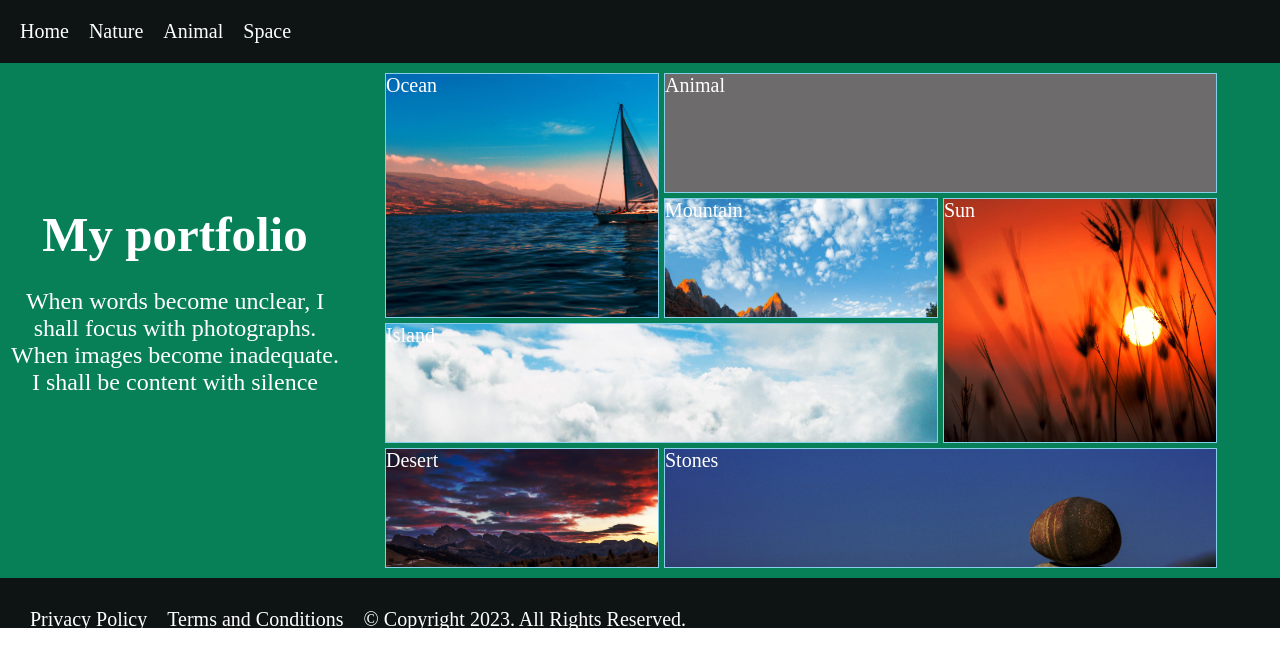
Repository: suraj-yadav7/03_Gallery_Portfolio
Page: index.html
These files come from the project's save history. The page is drawn as it stood at one moment and after the next save; the edit follows.
The browser window is 1280 px wide. The pictures show the whole page.
Pictures or frames that could not be fetched are drawn as grey boxes. Some web fonts or font styles are not loaded; a fallback is used.

Above is the page before, as saved 2023-02-14 21:25:13.

After the next save:
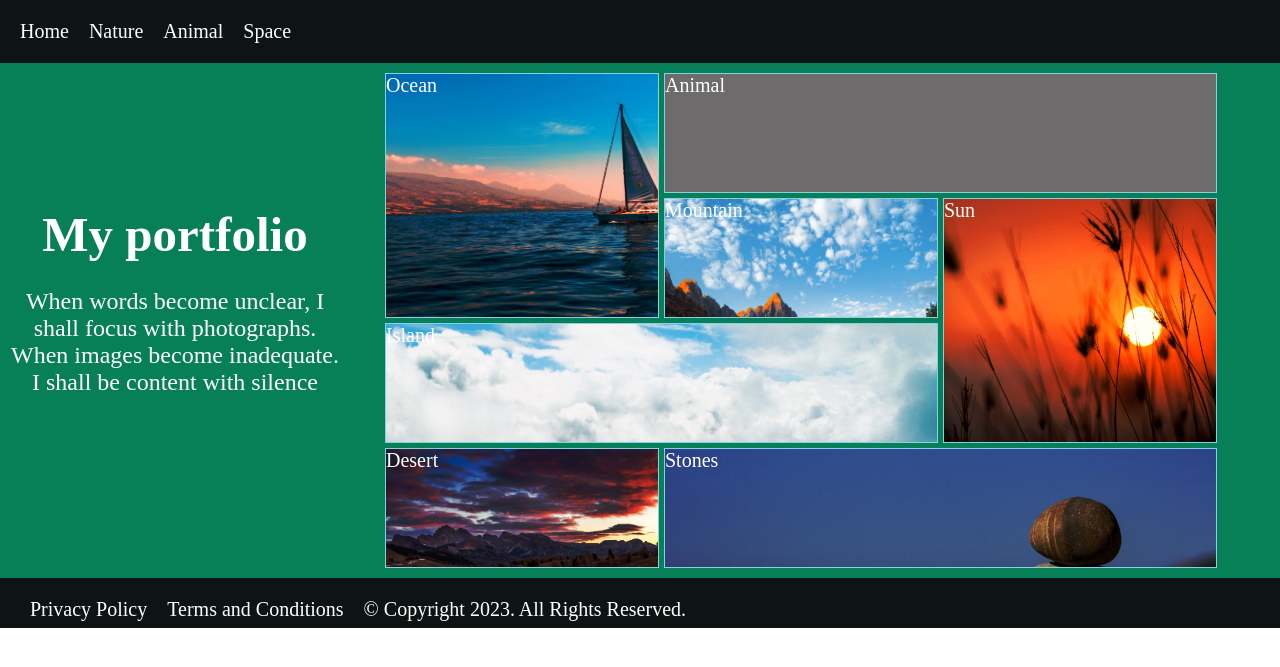
Saved 13 s later.
--- a/style.css
+++ b/style.css
@@ -151,7 +151,7 @@ footer{
     font-size: 20px;
 }
 footer a{
-margin:10px;
+margin:0 10px;
 }
 /* media queries for Mobile Responsiveness */
 
